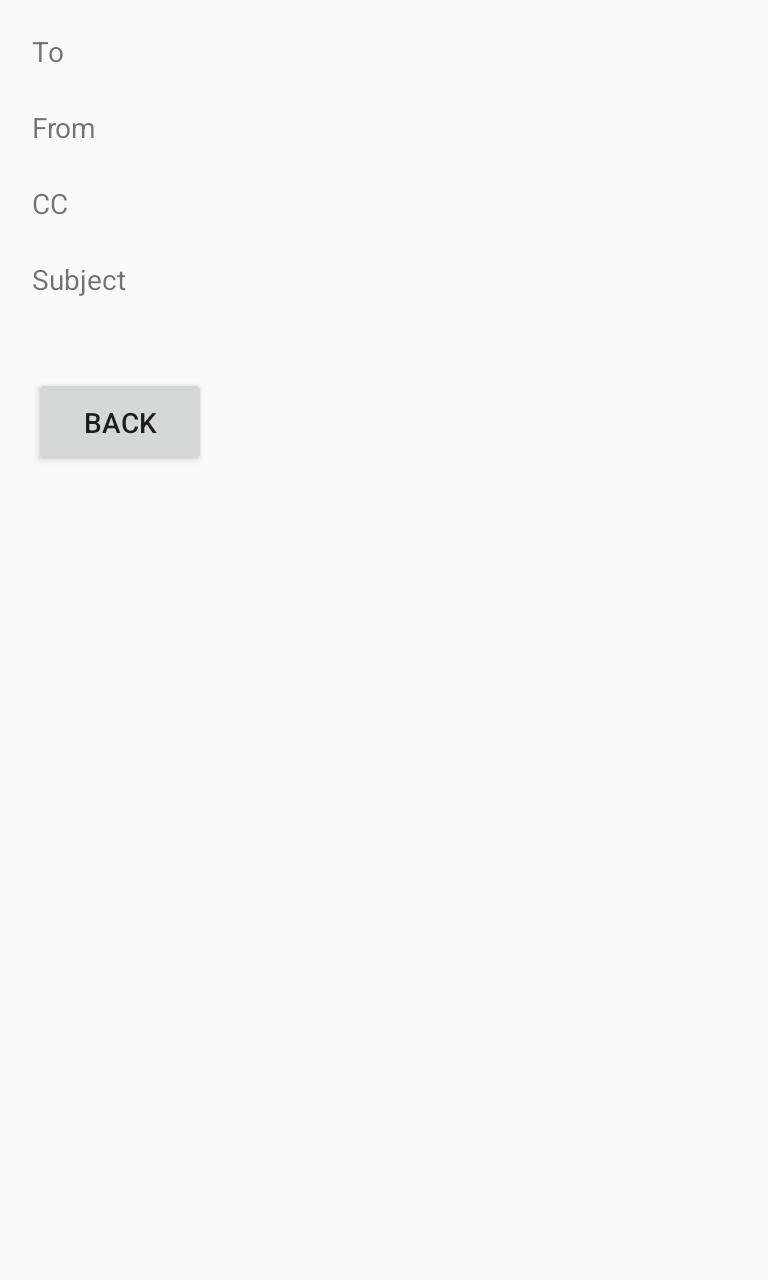
Repository: tmccartan/Android
Layout: Assignment1/res/layout/activity_email_reading.xml
An editor plug-in stored every save of this project. The layout is shown before and after the next save, followed by the edit.
It is drawn on a 768 x 1280 px phone screen (xhdpi) without system bars, with theme Theme.AppCompat.Light; the app's code is not run.

Above is the layout before, as saved 2015-03-03 20:52:59.

### Assignment1/res/layout/activity_email_reading.xml
<RelativeLayout xmlns:android="http://schemas.android.com/apk/res/android"
    xmlns:tools="http://schemas.android.com/tools"
    android:layout_width="match_parent"
    android:layout_height="match_parent"
    android:paddingBottom="@dimen/activity_vertical_margin"
    android:paddingLeft="@dimen/activity_horizontal_margin"
    android:paddingRight="@dimen/activity_horizontal_margin"
    android:paddingTop="@dimen/activity_vertical_margin"
    tools:context="com.example.assignment1.EmailReading" >

   <ScrollView
        android:id="@+id/scrollView1"
        android:layout_width="fill_parent"
        android:layout_height="fill_parent"
        android:layout_alignParentLeft="true"
        android:layout_alignParentTop="true" >

        <TableLayout
            android:id="@+id/tableLayout1"
            android:layout_width="fill_parent"
            android:layout_height="wrap_content" >

            <TableRow
                android:id="@+id/tableRow1"
                android:layout_width="wrap_content"
                android:layout_height="wrap_content" >

                <TextView
                    android:id="@+id/TextView01"
                    android:layout_width="wrap_content"
                    android:layout_height="wrap_content"
                    android:text="To" />
            </TableRow>

            <TableRow
                android:id="@+id/tableRow2"
                android:layout_width="wrap_content"
                android:layout_height="wrap_content" >

                <TextView
                    android:id="@+id/txtTo"
                    android:layout_width="wrap_content"
                    android:layout_height="wrap_content"
                     />
            </TableRow>

            <TableRow
                android:id="@+id/tableRow3"
                android:layout_width="wrap_content"
                android:layout_height="wrap_content" >

                <TextView
                    android:id="@+id/textView1"
                    android:layout_width="wrap_content"
                    android:layout_height="wrap_content"
                    android:text="From" />
            </TableRow>

            <TableRow
                android:id="@+id/tableRow4"
                android:layout_width="wrap_content"
                android:layout_height="wrap_content" >

                <TextView
                    android:id="@+id/txtFrom"
                    android:layout_width="wrap_content"
                    android:layout_height="wrap_content"
                    android:ems="10"
                    android:inputType="textEmailAddress"
                     />
            </TableRow>

            <TableRow
                android:id="@+id/tableRow6"
                android:layout_width="wrap_content"
                android:layout_height="wrap_content" >

                <TextView
                    android:id="@+id/textView2"
                    android:layout_width="wrap_content"
                    android:layout_height="wrap_content"
                    android:text="CC" />

            </TableRow>

            <TableRow
                android:id="@+id/tableRow7"
                android:layout_width="wrap_content"
                android:layout_height="wrap_content" >

                <TextView
                    android:id="@+id/txtCC"
                    android:layout_width="wrap_content"
                    android:layout_height="wrap_content"
                    android:ems="10" />

            </TableRow>

            <TableRow
                android:id="@+id/tableRow5"
                android:layout_width="wrap_content"
                android:layout_height="wrap_content" >

            </TableRow>

            <TableRow
                android:id="@+id/tableRow8"
                android:layout_width="wrap_content"
                android:layout_height="wrap_content" >

            </TableRow>

            <TableRow
                android:id="@+id/tableRow9"
                android:layout_width="wrap_content"
                android:layout_height="wrap_content" >

                <TextView
                    android:id="@+id/textView4"
                    android:layout_width="wrap_content"
                    android:layout_height="wrap_content"
                    android:text="Subject" />

            </TableRow>

            <TableRow
                android:id="@+id/tableRow10"
                android:layout_width="wrap_content"
                android:layout_height="wrap_content" >

                <TextView
                    android:id="@+id/txtSubject"
                    android:layout_width="wrap_content"
                    android:layout_height="wrap_content"
                    android:ems="10" />

            </TableRow>

            <TableRow
                android:id="@+id/tableRow11"
                android:layout_width="match_parent"
                android:layout_height="wrap_content" >

                <TextView
                    android:id="@+id/txtBody"
                    android:layout_width="match_parent"
                    android:layout_height="fill_parent"
                    android:ems="10"
                    android:inputType="textMultiLine" />

            </TableRow>

            <TableRow
                android:id="@+id/ButtonRow"
                android:layout_width="fill_parent"
                android:layout_height="wrap_content" >

                <LinearLayout
                    android:layout_width="fill_parent"
                    android:layout_height="wrap_content" >

                    <Button
                        android:id="@+id/button1"
                        android:layout_width="wrap_content"
                        android:layout_height="wrap_content"
                        android:onClick="GoBack"
                        android:text="Back" />

                </LinearLayout>

            </TableRow>

        </TableLayout>
    </ScrollView>


</RelativeLayout>

Loaded but not shown: Assignment1/res/values/dimens.xml (common file); Assignment1/res/values-w820dp/dimens.xml (common file)

After the next save:
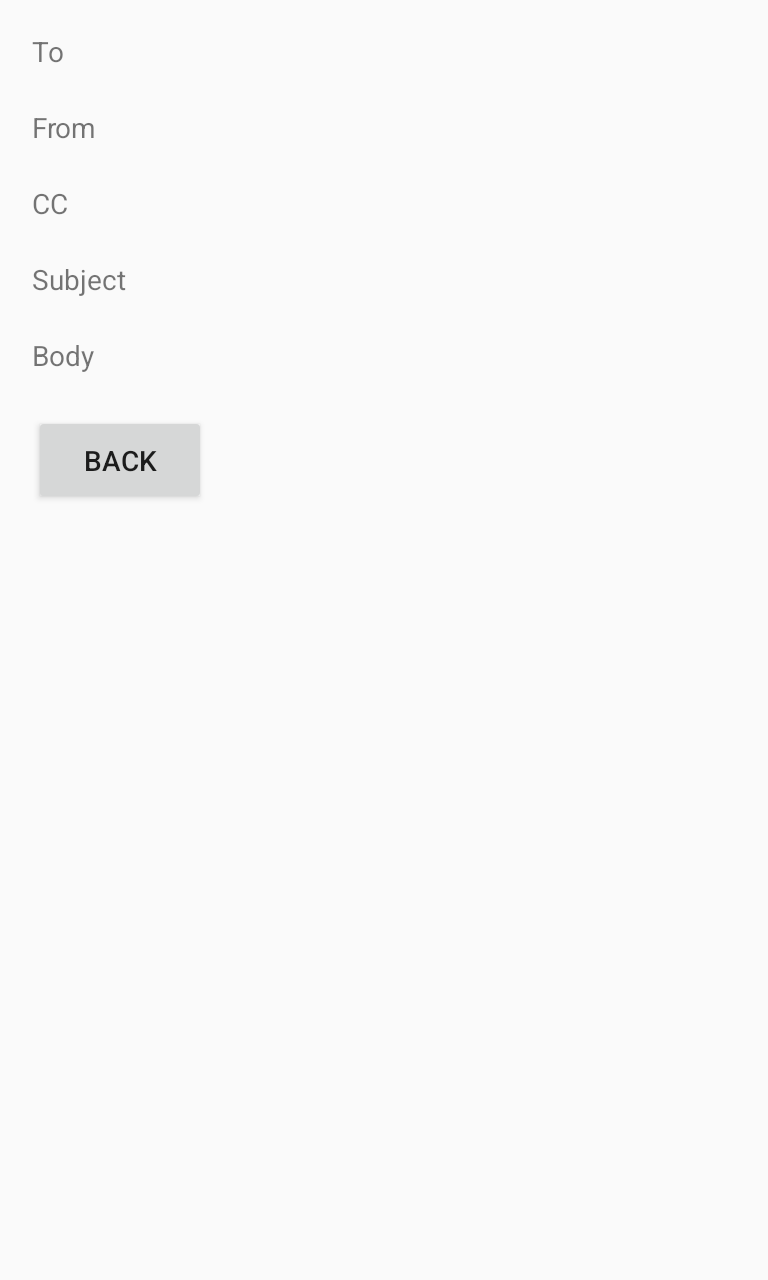
Saved 15 min 59 s later.
--- a/Assignment1/res/layout/activity_email_reading.xml
+++ b/Assignment1/res/layout/activity_email_reading.xml
@@ -18,7 +18,8 @@
         <TableLayout
             android:id="@+id/tableLayout1"
             android:layout_width="fill_parent"
-            android:layout_height="wrap_content" >
+            android:layout_height="wrap_content"
+            android:stretchColumns="*" >
 
             <TableRow
                 android:id="@+id/tableRow1"
@@ -39,9 +40,9 @@
 
                 <TextView
                     android:id="@+id/txtTo"
-                    android:layout_width="wrap_content"
-                    android:layout_height="wrap_content"
-                     />
+                    android:layout_width="fill_parent"
+                    android:layout_height="wrap_content" />
+
             </TableRow>
 
             <TableRow
@@ -63,11 +64,11 @@
 
                 <TextView
                     android:id="@+id/txtFrom"
-                    android:layout_width="wrap_content"
+                    android:layout_width="fill_parent"
                     android:layout_height="wrap_content"
                     android:ems="10"
-                    android:inputType="textEmailAddress"
-                     />
+                    android:inputType="textEmailAddress" />
+
             </TableRow>
 
             <TableRow
@@ -90,7 +91,7 @@
 
                 <TextView
                     android:id="@+id/txtCC"
-                    android:layout_width="wrap_content"
+                    android:layout_width="fill_parent"
                     android:layout_height="wrap_content"
                     android:ems="10" />
 
@@ -130,9 +131,22 @@
 
                 <TextView
                     android:id="@+id/txtSubject"
+                    android:layout_width="fill_parent"
+                    android:layout_height="wrap_content"
+                    android:ems="10" />
+
+            </TableRow>
+
+            <TableRow
+                android:id="@+id/tableRow12"
+                android:layout_width="wrap_content"
+                android:layout_height="wrap_content" >
+
+                <TextView
+                    android:id="@+id/textView3"
                     android:layout_width="wrap_content"
                     android:layout_height="wrap_content"
-                    android:ems="10" />
+                    android:text="Body" />
 
             </TableRow>
 
@@ -143,8 +157,8 @@
 
                 <TextView
                     android:id="@+id/txtBody"
-                    android:layout_width="match_parent"
-                    android:layout_height="fill_parent"
+                    android:layout_width="fill_parent"
+                    android:layout_height="wrap_content"
                     android:ems="10"
                     android:inputType="textMultiLine" />
 
